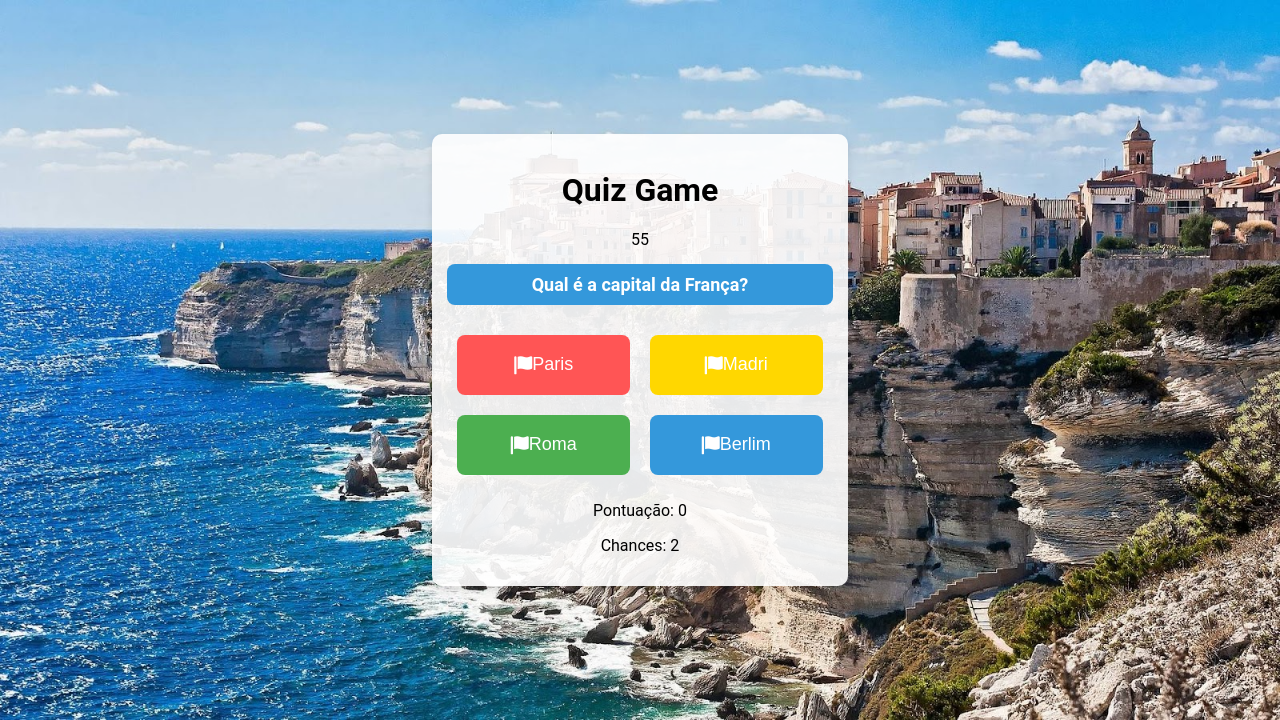
Repository: Matheus904-12/Quizz
Page: index.html
These files come from the project's save history. The page is drawn as it stood at one moment and after the next save; the edit follows.
The browser window is 1280 px wide. The pictures show the whole page.

Above is the page before, as saved 2023-08-21 19:46:24.

### index.html
<!DOCTYPE html>
<html lang="en">
<head>
    <meta charset="UTF-8">
    <meta name="viewport" content="width=device-width, initial-scale=1.0">
    <link rel="stylesheet" href="style.css">
    <link rel="stylesheet" href="https://cdnjs.cloudflare.com/ajax/libs/font-awesome/6.0.0-beta3/css/all.min.css">
    <script src="script.js" defer></script>
    <title>Quiz Game</title>
</head>
<body>
    <div class="quiz-container">
        <div class="header">
            <h1>Quiz Game</h1>
            <div class="timer">
                <div class="timer-circle"></div>
                <span id="time-left">60</span>
            </div>
        </div>
        <div class="question-container">
            <h2 class="question"></h2>
        </div>
        <div class="options-container"></div>
        <div class="score-chances">
            <p class="score">Pontuação: <span id="score">0</span></p>
            <p class="chances">Chances: <span id="chances">2</span></p>
        </div>
        <div class="result-container">
            <p class="result" id="result"></p>
        </div>
    </div>
    <audio id="correctSound" src="correct-sound.mp3"></audio>
    <audio id="incorrectSound" src="incorrect-sound.mp3"></audio>
    <audio id="backgroundMusic" src="LAKEY INSPIRED - Me 2 (Feat. Julian Avila).mp3" loop autoplay></audio>
</body>
</html>

### style.css
/* Estilos para o Quiz */
body {
    margin: 0;
    display: flex;
    justify-content: center;
    align-items: center;
    height: 100vh;
    font-family: 'Roboto', sans-serif;
    background-size: cover;
    background-position: center;
    transition: background-image 0.5s ease-in-out;
}

.quiz-container {
    max-width: 600px; /* Aumentando a largura da caixa de pergunta */
    padding: 15px;
    background-color: rgba(255, 255, 255, 0.9);
    border-radius: 10px;
    box-shadow: 0px 4px 8px rgba(0, 0, 0, 0.1);
    text-align: center;
}

.question {
    font-size: 18px;
    margin-bottom: 20px;
    padding: 10px;
    border-radius: 8px;
    background-color: #3498DB;
    color: #fff;
}

.options-container {
    display: flex; /* Display flex para alinhar os botões lado a lado */
    flex-direction: row; /* Alterando para linha para ficarem na horizontal */
    justify-content: center; /* Centralizando os botões horizontalmente */
    flex-wrap: wrap; /* Para os botões quebrarem para a próxima linha quando não houver espaço suficiente */
}

.option {
    display: flex;
    align-items: center;
    justify-content: center;
    width: calc(50% - 20px); /* Dividindo o espaço em 2 para ficarem lado a lado */
    height: 60px;
    margin: 10px;
    cursor: pointer;
    border-radius: 8px;
    transition: background-color 0.3s, transform 0.2s;
    font-size: 18px;
    color: #fff;
    background-color: #3498DB;
    border: none;
}

### script.js
const questions = [
    {
        question: "Qual é a capital da França?",
        options: [
            '<i class="fas fa-flag"></i> Paris',
            '<i class="fas fa-flag"></i> Madri',
            '<i class="fas fa-flag"></i> Roma',
            '<i class="fas fa-flag"></i> Berlim'
        ],
        correctAnswer: 0,
        imagePath: "frança2.jpg"
    },
    {
        question: "Qual é a capital do Brasil?",
        options: [
            '<i class="fas fa-flag"></i> Brasília',
            '<i class="fas fa-flag"></i> Rio de Janeiro',
            '<i class="fas fa-flag"></i> São Paulo',
            '<i class="fas fa-flag"></i> Belo Horizonte'
        ],
        correctAnswer: 0,
        imagePath: "brasil20.jpeg"
    },
    {
        question: "Qual é o maior planeta do Sistema Solar?",
        options: [
            '<i class="fas fa-globe"></i> Marte',
            '<i class="fas fa-globe"></i> Júpiter',
            '<i class="fas fa-globe"></i> Vênus',
            '<i class="fas fa-globe"></i> Urano'
        ],
        correctAnswer: 1,
        imagePath: "sistema.jpeg"
    },
    {
        question: "Qual é o processo pelo qual as plantas convertem luz solar em energia?",
        options: [
            '<i class="fas fa-leaf"></i> Fotossíntese',
            '<i class="fas fa-leaf"></i> Respiração celular',
            '<i class="fas fa-leaf"></i> Osmose',
            '<i class="fas fa-leaf"></i> Mitose'
        ],
        correctAnswer: 0,
        imagePath: "planta.jpg"
    },
    {
        question: "Qual é a maior lua de Júpiter?",
        options: [
            '<i class="fas fa-moon"></i> Europa',
            '<i class="fas fa-moon"></i> Ganimedes',
            '<i class="fas fa-moon"></i> Calisto',
            '<i class="fas fa-moon"></i> Io'
        ],
        correctAnswer: 0,
        imagePath: "jupiter.jpg"
    }
];

const colors = ["#FF5555", "#FFD700", "#4CAF50", "#3498DB"]; // Cores para as alternativas

const correctSound = new Audio('correct-sound.mp3');
const incorrectSound = new Audio('incorrect-sound.mp3');
const backgroundMusic = new Audio('background-music.mp3');
backgroundMusic.loop = true;

const questionContainer = document.querySelector('.question');
const optionsContainer = document.querySelector('.options-container');
const scoreDisplay = document.getElementById('score');
const chancesDisplay = document.getElementById('chances');
const timerCircle = document.querySelector('.timer-circle');
const resultDisplay = document.getElementById('result');

let currentQuestionIndex = 0;
let score = 0;
let chances = 2;
let timeLeft = 60;
let timer;

// Event listener para iniciar o áudio
document.addEventListener("DOMContentLoaded", function() {
    backgroundMusic.play();
});

function displayQuestion() {
    const currentQuestion = questions[currentQuestionIndex];
    questionContainer.innerHTML = currentQuestion.question;
    optionsContainer.innerHTML = '';

    currentQuestion.options.forEach((option, index) => {
        const optionElement = document.createElement('button');
        optionElement.classList.add('option');
        optionElement.innerHTML = option;
        optionElement.style.backgroundColor = colors[index]; // Definir cor de fundo
        optionElement.addEventListener('click', () => checkAnswer(index));
        optionsContainer.appendChild(optionElement);
    });

    const imagePath = currentQuestion.imagePath;
    document.body.style.backgroundImage = `url('${imagePath}')`;

    startTimer();
}

function startTimer() {
    updateTimerDisplay();
    timer = setInterval(() => {
        timeLeft--;
        updateTimerDisplay();

        if (timeLeft <= 0) {
            clearInterval(timer);
            checkAnswer(-1);
        }
    }, 1000);
}

function updateTimerDisplay() {
    const timePercent = (timeLeft / 60) * 100;
    timerCircle.style.background = `conic-gradient(transparent ${360 - timePercent * 3.6}deg, #fff ${360 - timePercent * 3.6}deg)`;
    document.getElementById('time-left').textContent = timeLeft;
}

function checkAnswer(selectedIndex) {
    clearInterval(timer);

    const currentQuestion = questions[currentQuestionIndex];
    const correctIndex = currentQuestion.correctAnswer;

    if (selectedIndex === correctIndex) {
        score += 10;
        scoreDisplay.textContent = score;
        currentQuestionIndex++;

        if (currentQuestionIndex < questions.length) {
            timeLeft = 60;
            displayQuestion();
        } else {
            questionContainer.textContent = "Quiz completado!";
            optionsContainer.innerHTML = '';
            resultDisplay.textContent = '';
            timerCircle.style.display = 'none';
            backgroundMusic.pause();
        }
    } else {
        chances--;
        chancesDisplay.textContent = chances;

        if (chances === 0) {
            currentQuestionIndex = 0;
            score = 0;
            chances = 2;
            timeLeft = 60;
            displayQuestion();
        } else {
            resultDisplay.textContent = "Resposta incorreta. Tente novamente!";
            timeLeft = 60;
            displayQuestion();
        }
        incorrectSound.play();
    }
}

// Início do Quiz
displayQuestion();
backgroundMusic.play();

After the next save:
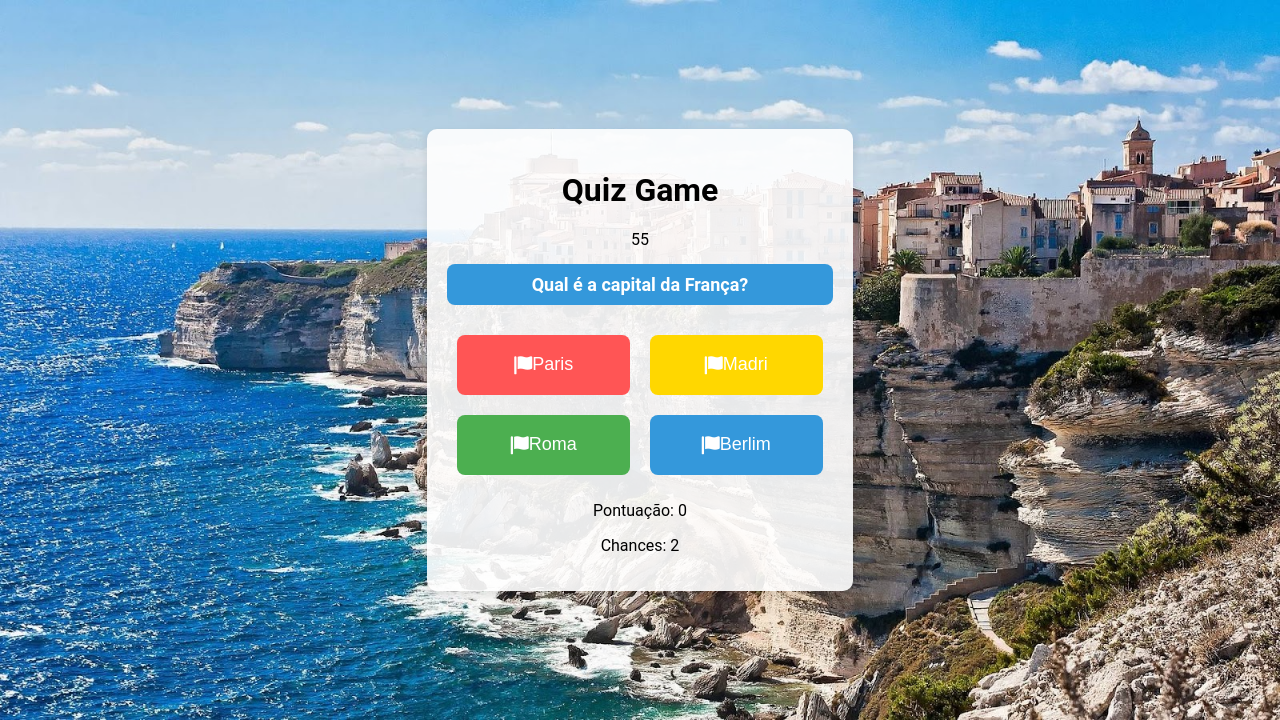
Saved 14 s later.
--- a/style.css
+++ b/style.css
@@ -13,7 +13,7 @@ body {
 
 .quiz-container {
     max-width: 600px; /* Aumentando a largura da caixa de pergunta */
-    padding: 15px;
+    padding: 20px;
     background-color: rgba(255, 255, 255, 0.9);
     border-radius: 10px;
     box-shadow: 0px 4px 8px rgba(0, 0, 0, 0.1);
